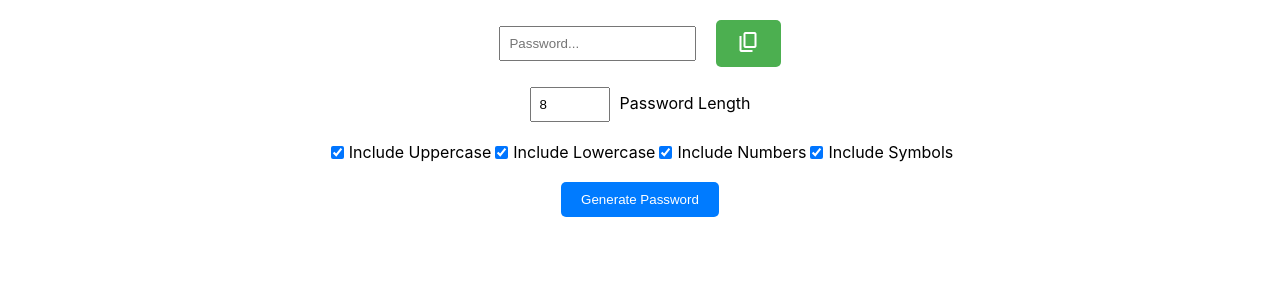
Repository: sriram1224/pass-generator
Page: /
The author's editor kept a copy of each file at every save. The page is drawn from the files as they stood at one save, then again after the next save.
The browser window is 1280 px wide. The pictures show the whole page.
The project was rebuilt for these pictures with package versions that can differ from the ones it lists, and the page was loaded fresh each time.

Above is the page before, as saved 2024-03-21 20:17:59.

### public/index.html
<!DOCTYPE html>
<html lang="en">

<head>
  <meta charset="utf-8" />
  <link rel="icon" href="%PUBLIC_URL%/favicon.ico" />
  <meta name="viewport" content="width=device-width, initial-scale=1" />
  <meta name="theme-color" content="#000000" />
  <meta name="description" content="Web site created using create-react-app" />
  <link rel="stylesheet"
    href="https://fonts.googleapis.com/css2?family=Material+Symbols+Outlined:opsz,wght,FILL,GRAD@24,400,0,0" />


  <title>React App</title>
</head>

<body>

  <div id="root">


  </div>

</body>

</html>

### src/App.js
import React, { useState, useRef, useCallback } from 'react';
import './App.css';

function generatePassword(length, includeUpper, includeLower, includeNumber, includeSymbol){
  const upperChars = 'ABCDEFGHIJKLMNOPQRSTUVWXYZ';
  const lowerChars = 'abcdefghijklmnopqrstuvwxyz';
  const numberChars = '0123456789';
  const symbolChars = '!@#$%^&*()-_=+';

  let chars = '';
  if (includeUpper) chars+= upperChars;
  if (includeLower) chars += lowerChars;
  if (includeNumber) chars += numberChars;
  if (includeSymbol) chars += symbolChars;
  let password = '';
  for(let i = 0; i < length; i++){
    password += chars.charAt(Math.floor(Math.random() * chars.length));
  }
  return password;
}

function App() {
  const [password, setPassword] = useState('');
  const includeUpperRef = useRef(true);
  const includeLowerRef = useRef(true);
  const includeSymbolRef = useRef(true);
  const includeNumberRef = useRef(true);
  const [length, setLength] = useState(8);

  const handleCheckboxChange = (ref) => {
    ref.current = !ref.current;
    handlePassword();
  };

  const handlePassword = useCallback(() => {
    const newPass = generatePassword(
      length,
      includeUpperRef.current,
      includeLowerRef.current,
      includeNumberRef.current,
      includeSymbolRef.current
    );
    setPassword(newPass);
  }, [length, includeUpperRef, includeLowerRef, includeNumberRef, includeSymbolRef]);

  return (
    <div className="container">
      <div className="password-input">
        <input type="text" value={password} placeholder='Password...' readOnly />
        <button className="copy" onClick={() => navigator.clipboard.writeText(password)}><span class="material-symbols-outlined">
content_copy
        </span>
        </button>
      </div>
      <div className="length-input">
        <input type="number" value={length} onChange={(e) => setLength(parseInt(e.target.value))} min="1" max="50" />
        <label>Password Length</label>
      </div>
      <div className="checkboxes">
        <input type="checkbox" checked={includeUpperRef.current} onChange={() => handleCheckboxChange(includeUpperRef)} />
        <label>Include Uppercase</label>
        <input type="checkbox" checked={includeLowerRef.current} onChange={() => handleCheckboxChange(includeLowerRef)} />
        <label>Include Lowercase</label>
        <input type="checkbox" checked={includeNumberRef.current} onChange={() => handleCheckboxChange(includeNumberRef)} />
        <label>Include Numbers</label>
        <input type="checkbox" checked={includeSymbolRef.current} onChange={() => handleCheckboxChange(includeSymbolRef)} />
        <label>Include Symbols</label>
      </div>
      <button onClick={handlePassword} className='generate'>Generate Password</button>
    </div>
  );
}

export default App;

### src/App.css
.container {
  display: flex;
  flex-direction: column;
  align-items: center;
  padding: 20px;
}

.password-input {
  margin-bottom: 20px;
}

.password-input input {
  padding: 8px;
  margin-right: 10px;
}

.length-input {
  margin-bottom: 20px;
}

.length-input input {
  padding: 8px;
  width: 60px;
  margin-right: 10px;
}

.checkboxes {
  display: flex;
  align-items: center;
  margin-bottom: 20px;
}

.checkboxes input {
  margin-right: 5px;
}

.generate {
  padding: 10px 20px;
  background-color: #007bff;
  color: #fff;
  border: none;
  border-radius: 5px;
  cursor: pointer;
}

.generate:hover {
  background-color: #0056b3;
}
.password-input{
  display: flex;
  align-items: center;

}
.copy {
  padding: 10px 20px;
  background-color: #4CAF50; /* Green background */
  color: white; /* White text */
  border: none;
  border-radius: 5px; /* Rounded corners */
  cursor: pointer;
  margin-left: 10px; /* Some space from the left */
  transition: background-color 0.3s ease; /* Smooth transition */
}

.copy:hover {
  background-color: #45a049; /* Darker green on hover */
}

Loaded but not shown: src/index.js (common file); src/index.css (common file); src/reportWebVitals.js (common file)

After the next save:
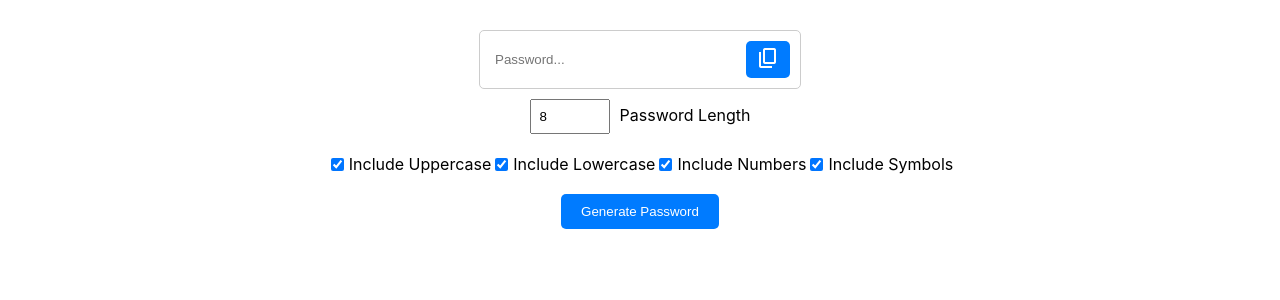
Saved 15 s later.
--- a/src/App.css
+++ b/src/App.css
@@ -46,22 +46,41 @@
 .generate:hover {
   background-color: #0056b3;
 }
-.password-input{
+.password-input {
   display: flex;
   align-items: center;
-
-}
-.copy {
-  padding: 10px 20px;
-  background-color: #4CAF50; /* Green background */
-  color: white; /* White text */
-  border: none;
-  border-radius: 5px; /* Rounded corners */
-  cursor: pointer;
-  margin-left: 10px; /* Some space from the left */
-  transition: background-color 0.3s ease; /* Smooth transition */
+  justify-content: center;
+  width: 300px;
+  padding: 10px;
+  border: 1px solid #ccc;
+  border-radius: 5px;
+  margin: 10px 0;
 }
 
-.copy:hover {
-  background-color: #45a049; /* Darker green on hover */
+.password-input input[type="text"] {
+  flex-grow: 1;
+  border: none;
+  margin-right: 10px;
+  padding: 5px;
 }
+
+.password-input button {
+  padding: 5px 10px;
+  background-color: #007bff;
+  color: #fff;
+  border: none;
+  border-radius: 5px;
+  cursor: pointer;
+}
+
+.password-input button:hover {
+  background-color: #0056b3;
+}
+.copy{
+
+  background-color: #007bff;
+  color: #fff;
+
+ border: none;
+  cursor: pointer;
+}
